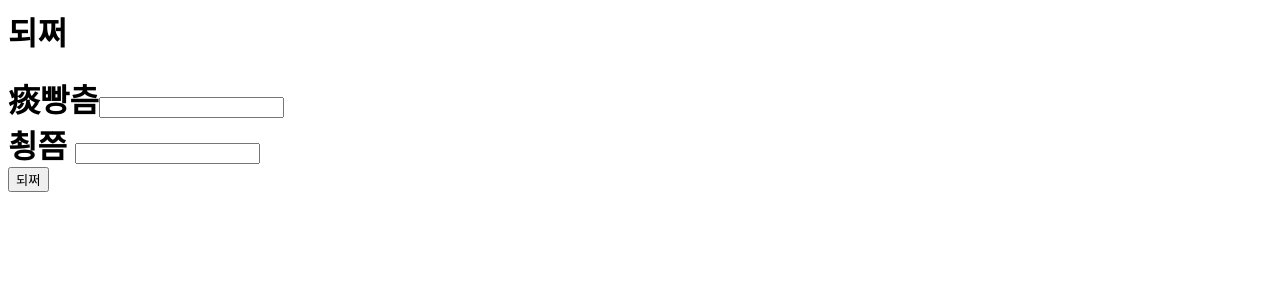
Repository: qq847261175/JavaWeb
Page: Servlet_0011_LoginServlet/WebRoot/success.html
These files come from the project's save history. The page is drawn as it stood at one moment and after the next save; the edit follows.
The browser window is 1280 px wide. The pictures show the whole page.

Above is the page before, as saved 2016-10-27 17:23:29.

### Servlet_0011_LoginServlet/WebRoot/success.html
<html>
<head>
<head/>
<body>
<h1>되쩌<h1/>

<form action="LoginServlet"  method="post">
痰빵츰<input type="text" name="userName"/><br/>
쵱쯤   <input type="password" name="password"/><br/>
<input type="submit" value="되쩌"/>
<form/>
<body/>
<html/>

After the next save:
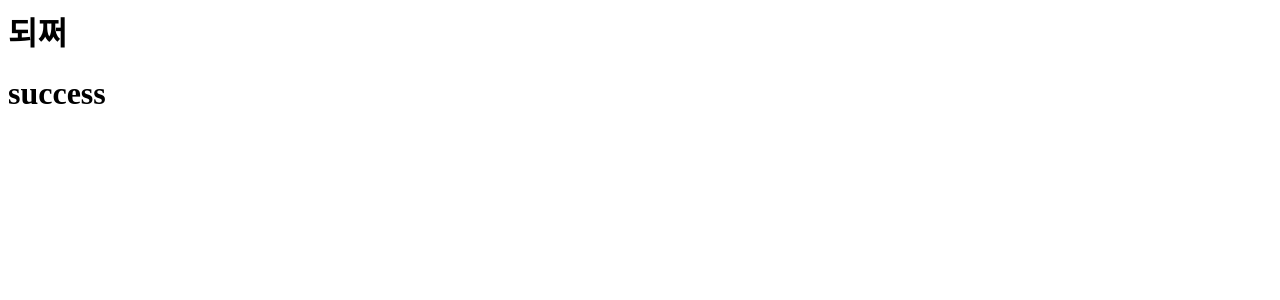
Saved 60 s later.
--- a/Servlet_0011_LoginServlet/WebRoot/success.html
+++ b/Servlet_0011_LoginServlet/WebRoot/success.html
@@ -4,10 +4,6 @@
 <body>
 <h1>되쩌<h1/>
 
-<form action="LoginServlet"  method="post">
-痰빵츰<input type="text" name="userName"/><br/>
-쵱쯤   <input type="password" name="password"/><br/>
-<input type="submit" value="되쩌"/>
-<form/>
+success
 <body/>
 <html/>
